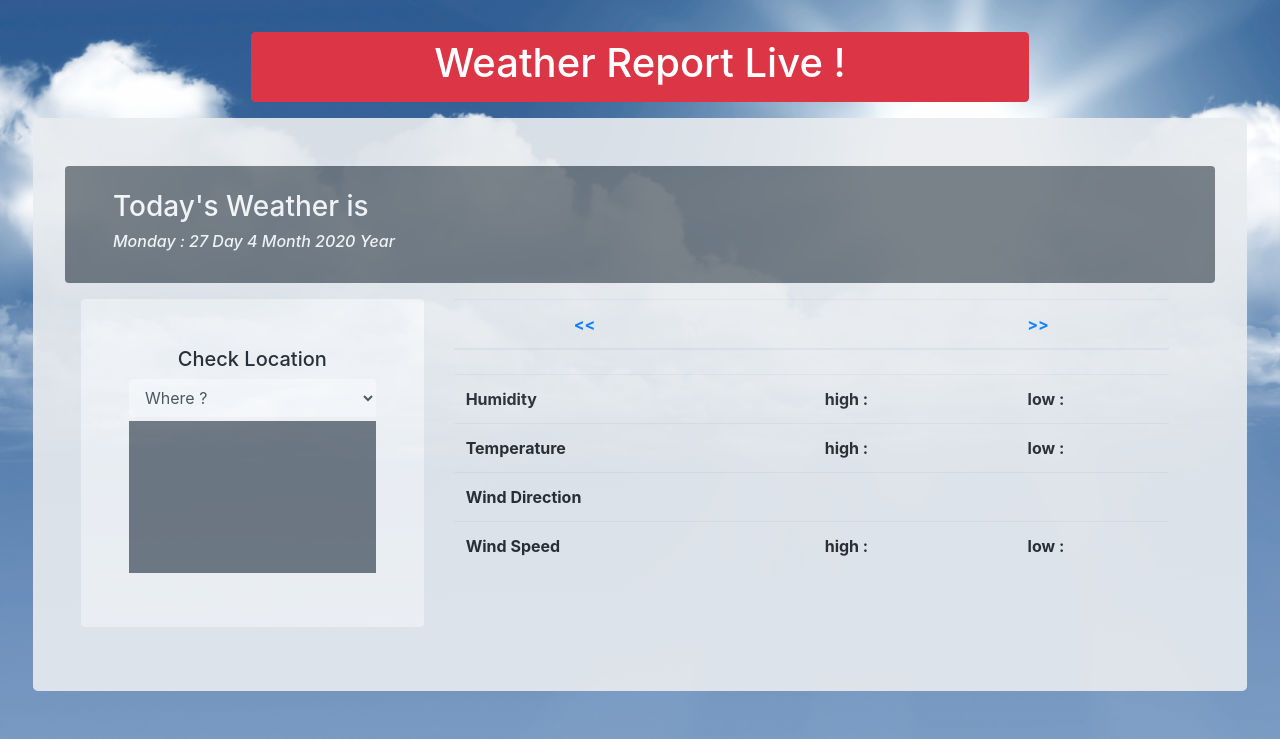
Repository: Code-Institute-Submissions/projectchen88-weatherForecast
Page: index.html
The author's editor kept a record of every edit. The page is drawn from the files as they stood at one moment, then again after the next edit.
The browser window is 1280 px wide. The pictures show the whole page.
The page's requests for data from a server got no answer.

Above is the page before.
Console error (its wording comes from the project's code and is left out).

After the next edit:
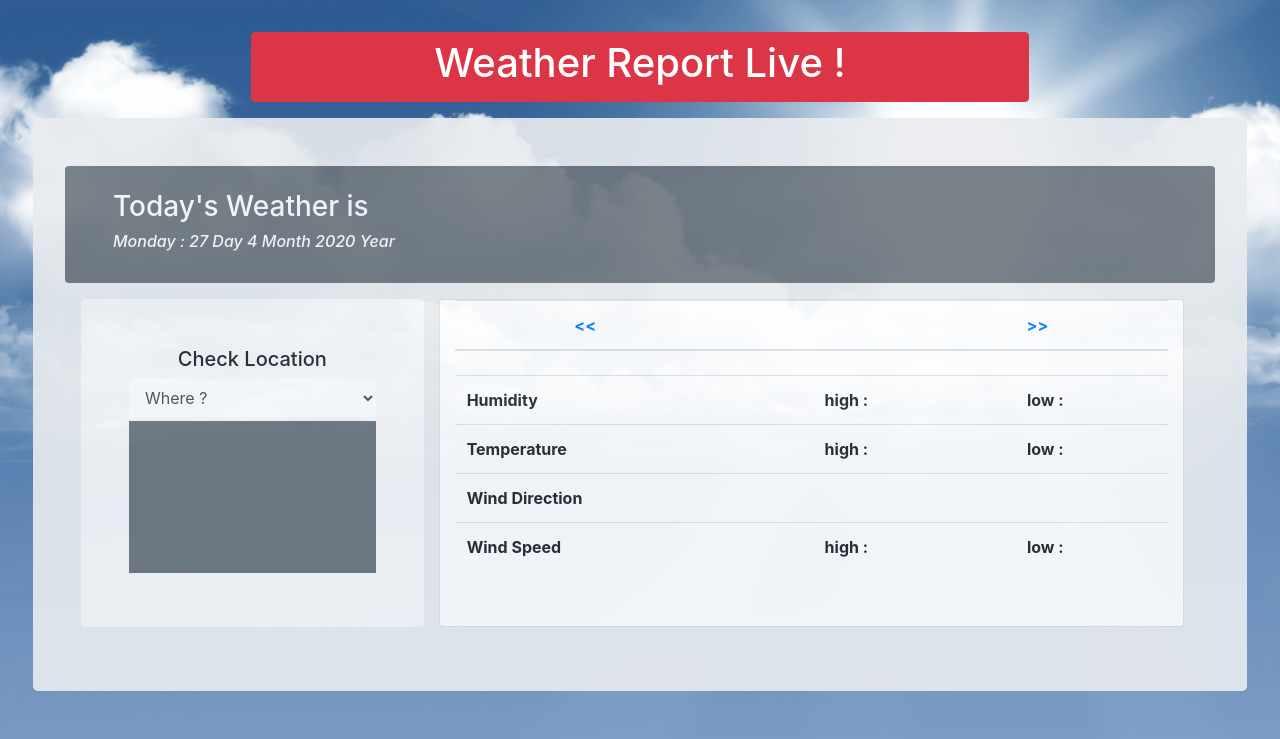
The edit:
--- a/index.html
+++ b/index.html
@@ -51,8 +51,8 @@
                     </div>
 
                     <!--Display 4 days forecast-->
-                    <div class="box col-md-8 col-12 mx-auto text-center">
-                            <table class='table table-stripe '>
+                    <div class="box col-md-8 col-12 mx-auto text-center card">
+                        <table class='table table-stripe '>
                                                 <thead>
                                                     <tr>
                                                         <th colspan='5'>
